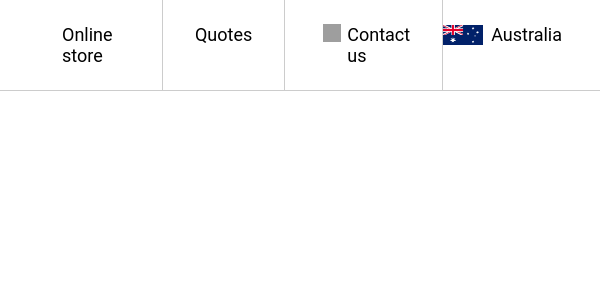
Repository: NguyenMinhKhanhB1909929/Practice_HTML-01
Page: index.html
An editor plug-in stored every save of this project. The page is shown before and after the next save, followed by the edit.
The browser window is 600 px wide. The pictures show the whole page.
Pictures or frames that could not be fetched are drawn as grey boxes.

Above is the page before, as saved 2022-04-07 18:28:03.

After the next save:
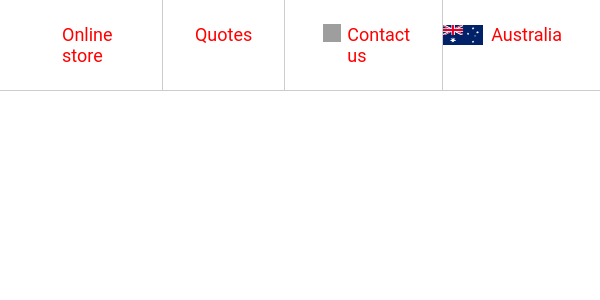
Saved 14 s later.
--- a/asset/style/style.css
+++ b/asset/style/style.css
@@ -271,5 +271,7 @@ a {
 
 /* Mobile */
 @media screen and (max-width: 46.1875em) {
-  color: red;
-}
+  * {
+    color: red;
+  }
+}
